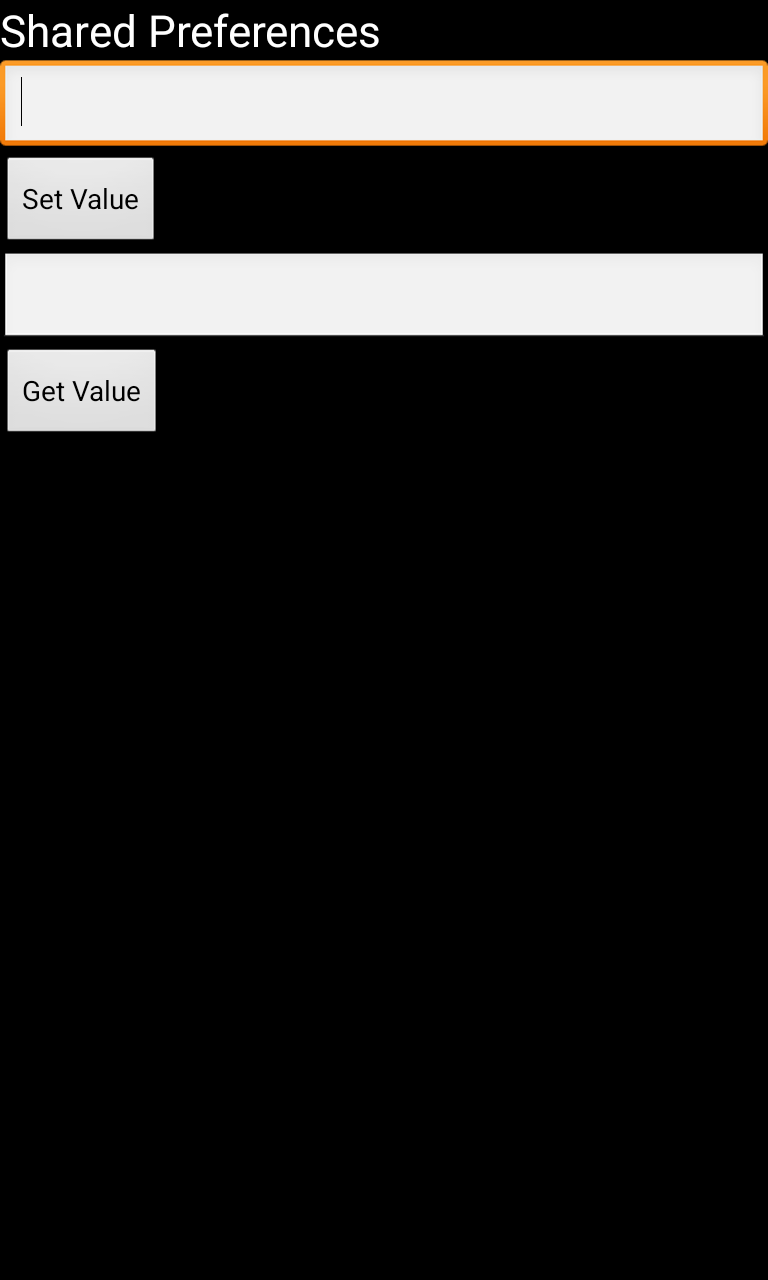
Repository: smartapps08/addteqtutorials
Layout: Shared Prefernces Demo/res/layout/main.xml
An editor plug-in stored every save of this project. The layout is shown before and after the next save, followed by the edit.
It is drawn on a 768 x 1280 px phone screen (xhdpi) without system bars, with theme android:Theme; the app's code is not run.

Above is the layout before, as saved 2012-06-12 14:47:55.

### Shared Prefernces Demo/res/layout/main.xml
<?xml version="1.0" encoding="utf-8"?>
<LinearLayout xmlns:android="http://schemas.android.com/apk/res/android"
    android:layout_width="fill_parent"
    android:layout_height="fill_parent"
    android:orientation="vertical" >

    <TextView
        android:id="@+id/textView1"
        android:layout_width="wrap_content"
        android:layout_height="wrap_content"
        android:text="Shared Preferences"
        android:textAppearance="?android:attr/textAppearanceLarge" />

    <EditText
        android:id="@+id/etValueToSave"
        android:layout_width="match_parent"
        android:layout_height="wrap_content"
        android:ems="10" >

        <requestFocus />
    </EditText>

    <Button
        android:id="@+id/btnSet"
        android:layout_width="wrap_content"
        android:layout_height="wrap_content"
        android:text="Set Value" />

    <EditText
        android:id="@+id/etValueToGet"
        android:layout_width="match_parent"
        android:layout_height="wrap_content"
        android:ems="10" />

    <Button
        android:id="@+id/btnGet"
        android:layout_width="wrap_content"
        android:layout_height="wrap_content"
        android:text="Get Value" />

</LinearLayout>

After the next save:
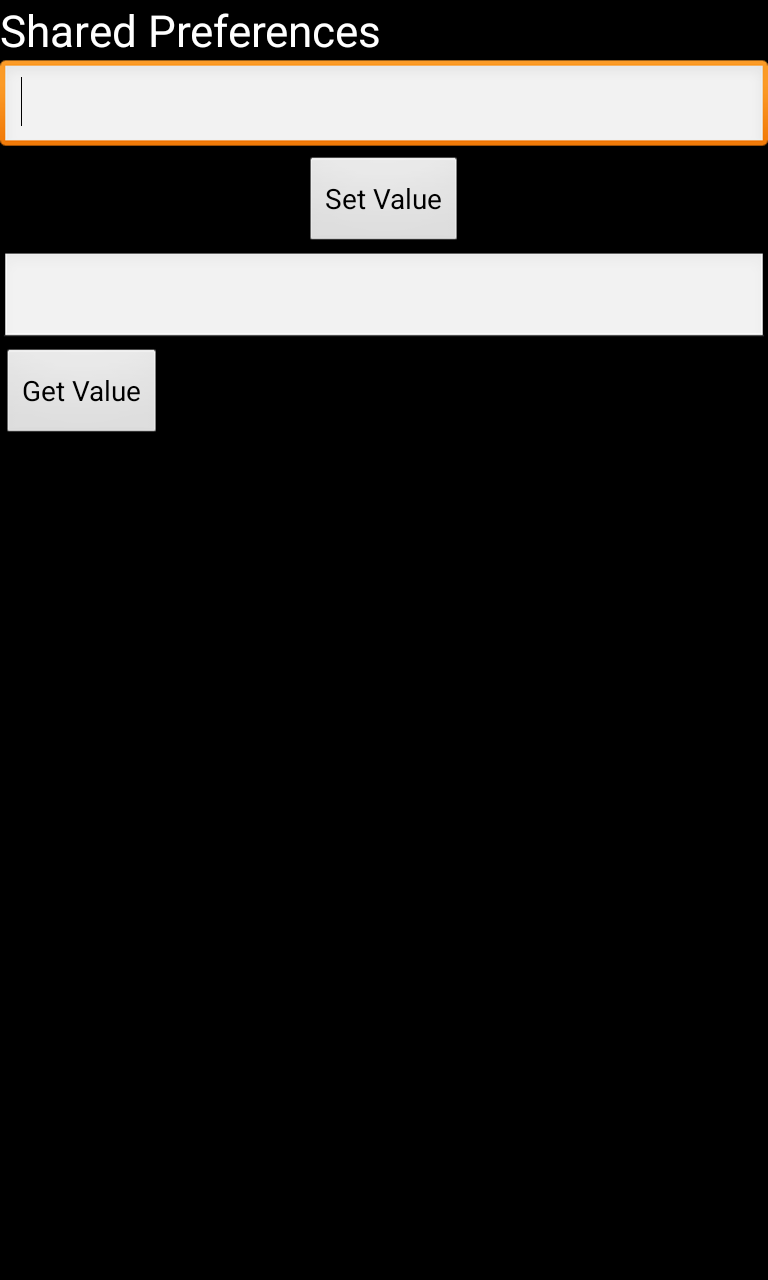
Saved 14 s later.
--- a/Shared Prefernces Demo/res/layout/main.xml
+++ b/Shared Prefernces Demo/res/layout/main.xml
@@ -24,7 +24,8 @@
         android:id="@+id/btnSet"
         android:layout_width="wrap_content"
         android:layout_height="wrap_content"
-        android:text="Set Value" />
+        android:text="Set Value"
+        android:layout_gravity="center_horizontal" />
 
     <EditText
         android:id="@+id/etValueToGet"
